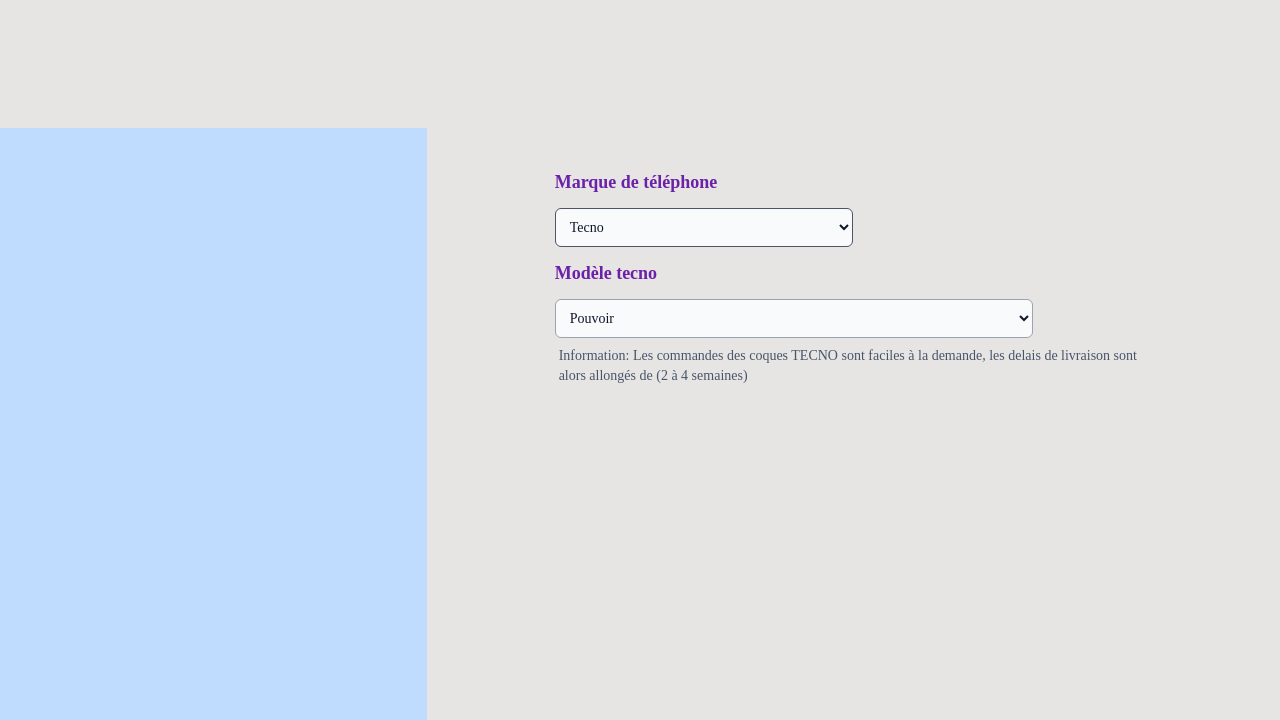
Repository: darlino/gotyu_shopify_section
Page: product_select220223/index.html
These files come from the project's save history. The page is drawn as it stood at one moment and after the next save; the edit follows.
The browser window is 1280 px wide. The pictures show the whole page.
Some web fonts or font styles are not loaded; a fallback is used. Some web libraries are served in a nearby version.

Above is the page before, as saved 2023-02-22 21:50:47.
Not found: product_select220223/téléchargement-removebg-preview.png

After the next save:
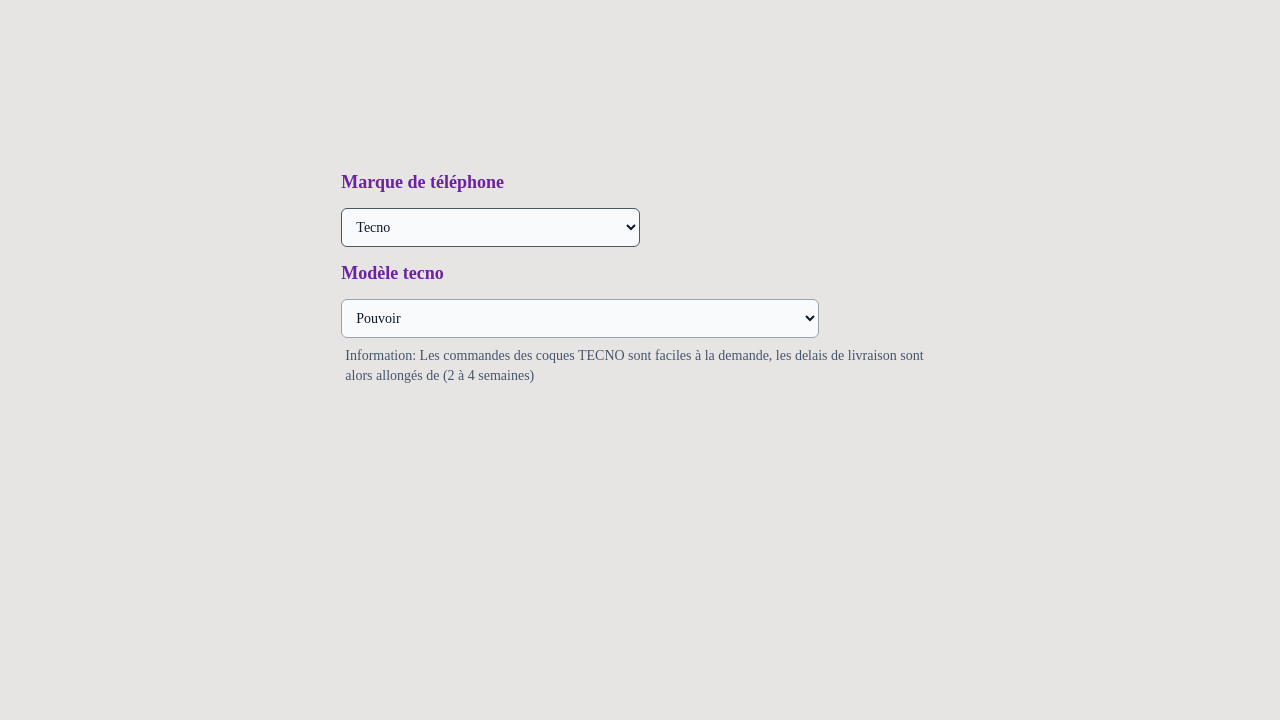
Saved 20 s later.
--- a/product_select220223/index.html
+++ b/product_select220223/index.html
@@ -19,16 +19,6 @@
       <div
         class="flex lg:flex-row flex-col justify-between lg:pt-32 pt-2 max-w-[1300px] bg-stone-200 h-screen mx-auto"
       >
-        <div
-          class="lg:w-1/3 w-full bg-blue-200"
-          style="
-            background-image: url('./téléchargement-removebg-preview.png');
-            background-position: center;
-            background-repeat: no-repeat;
-            background-size: fill;
-            back
-          "
-        ></div>
         <div
           class="flex flex-col lg:w-2/3 lg:px-32 w-full space-y-3 mx-auto p-10"
         >
